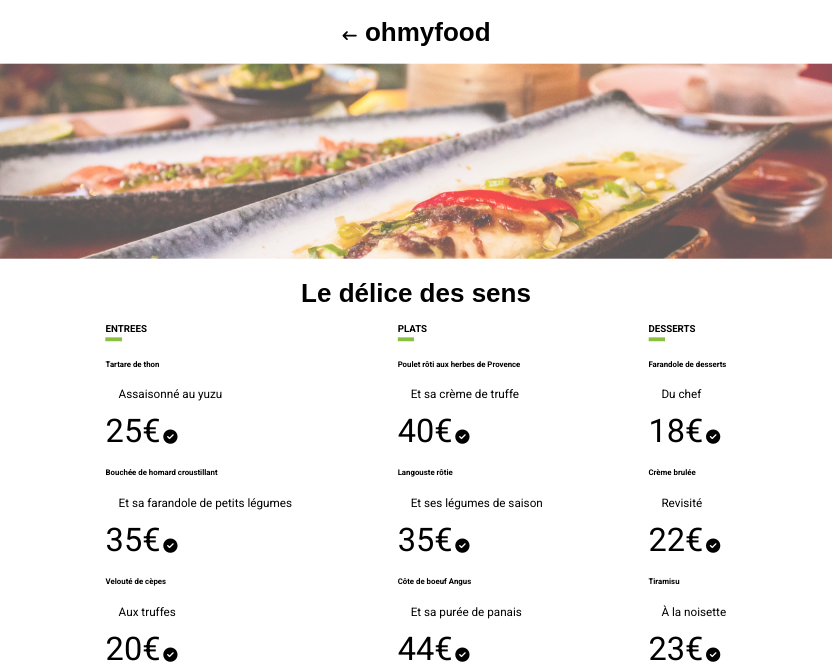
Repository: lysianebo/OHMYFOOD
Page: Le_délice_des sens.html
These files come from the project's save history. The page is drawn as it stood at one moment and after the next save; the edit follows.
The browser window is 1280 px wide. The pictures show the whole page, at 65% of full size.
Some web fonts or font styles are not loaded; a fallback is used. Some web libraries are served in a nearby version.

Above is the page before, as saved 2022-11-29 21:39:04.
Not found: fiveserver.js

After the next save:
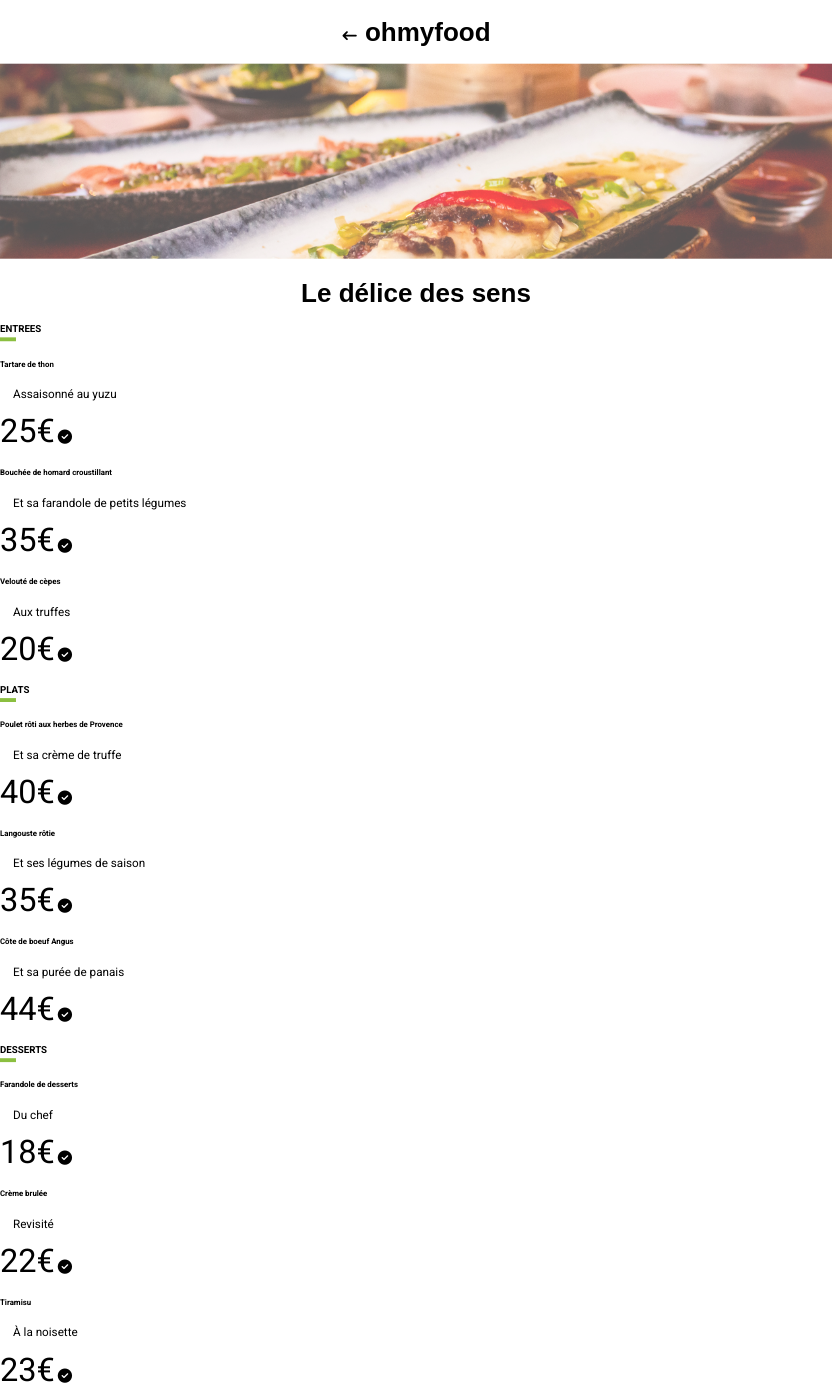
Saved 29 s later.
--- a/Le_délice_des sens.html
+++ b/Le_délice_des sens.html
@@ -8,18 +8,6 @@
     <title>Le délice des sens</title>
 <!-- Code injected by Five-server -->
   <script async data-id="five-server" data-file="/home/lysiane/Applications/ApplicationsWeb/OHMYFOOD/La_note_enchantée.html" data-inject-body="true" type="application/javascript" src="/fiveserver.js"></script>
-
-<style>
-    .menu{
-        display: flex;
-        justify-content: space-evenly;
-        @media screen and (min-width: 500px) and (max-width: 1058px)
-.menu {
-  flex-direction: column;
-  align-items: center;
-}
-    }
-</style>
 
 </head>
 <header>
